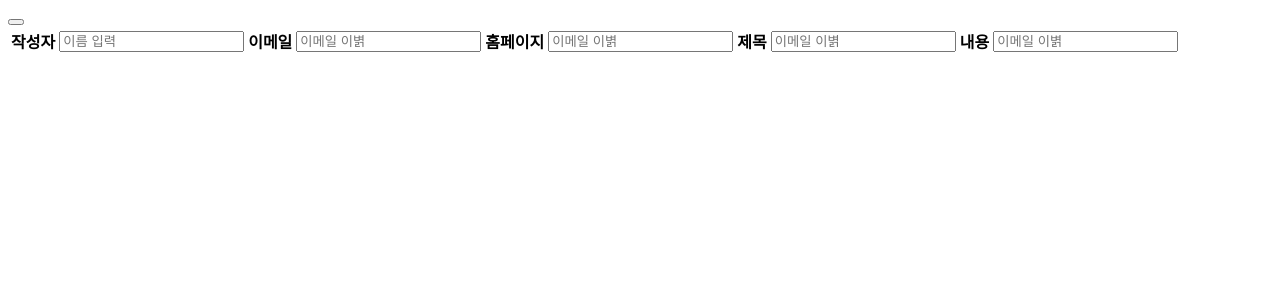
Repository: chaejunho689/bitcamp
Page: guestbookServlet/src/main/webapp/WEB-INF/guestbook/guestbookWrite.html
An editor plug-in stored every save of this project. The page is shown before and after a run of saves, followed by the edit.
The browser window is 1280 px wide. The pictures show the whole page.

Above is the page before, as saved 2024-09-03 03:18:36.

After the next 2 saves:
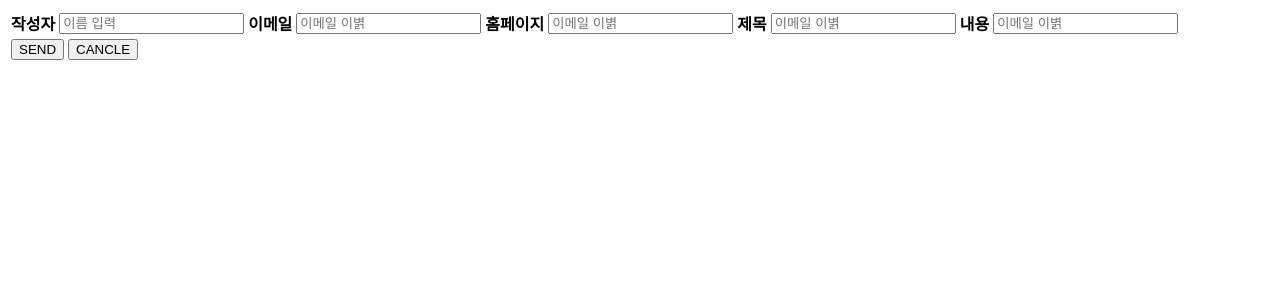
The 2 saves are shown as one change because they came seconds apart.
The last was saved 13 s later.
--- a/guestbookServlet/src/main/webapp/WEB-INF/guestbook/guestbookWrite.html
+++ b/guestbookServlet/src/main/webapp/WEB-INF/guestbook/guestbookWrite.html
@@ -31,7 +31,12 @@
 				<input  type="email" id="email" name="email" placeholder="이메일 이볅">
 			</td>
 		</tr>
-		<button
+		  <tr>
+		  	<td colspan="2">
+		  		<input type="submit" value="SEND">
+		  		<input type="reset" value="CANCLE">
+		  	</td>
+		  </tr>
 	</table>
 </form>
 
